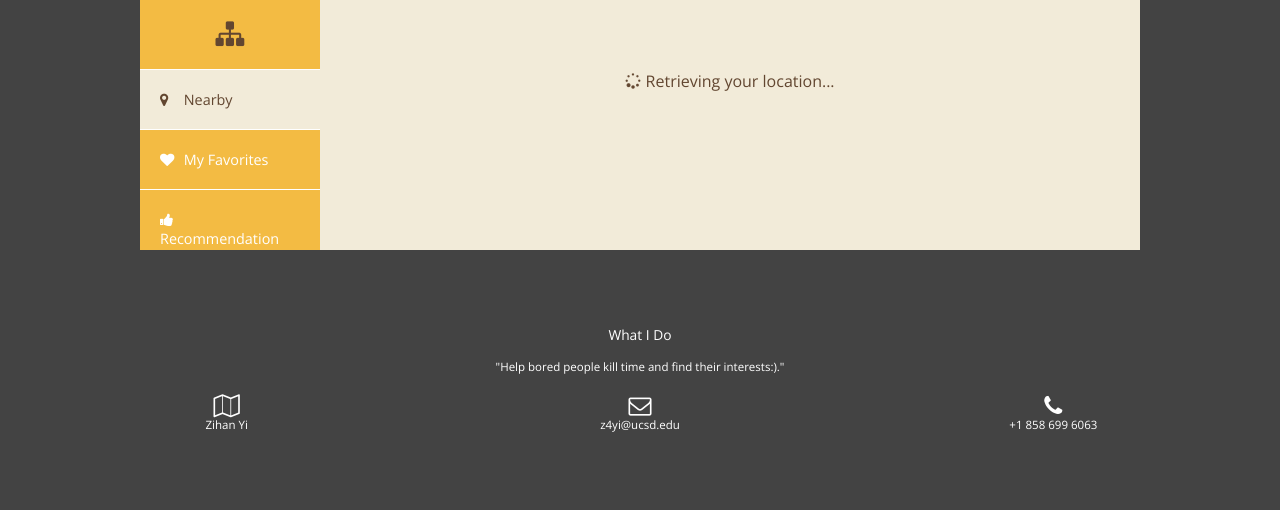
Repository: harryyizihan/fun_finder
Page: Jupiter/WebContent/index.html
An editor plug-in stored every save of this project. The page is shown before and after the next save, followed by the edit.
The browser window is 1280 px wide. The pictures show the part of the page from y = 310 to 820 px (the page is 820 px tall).
Some web libraries are served in a nearby version.

Above is the page before, as saved 2018-07-08 03:14:12.

After the next save:
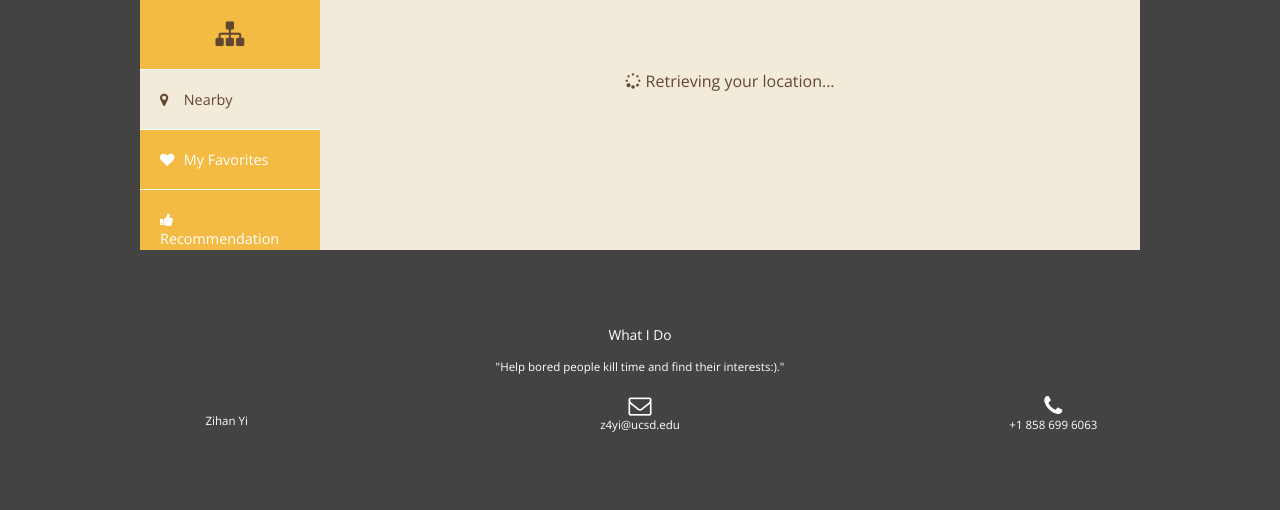
Saved 8 min 55 s later.
--- a/Jupiter/WebContent/index.html
+++ b/Jupiter/WebContent/index.html
@@ -72,7 +72,7 @@
     <p>"Help bored people kill time and find their interests:)."</p>
     <ul>
       <li>
-        <p><i class="fa fa-map-o fa-2x"></i></p>
+        <p><i class="fas fa-user-circle"></i></p>
         <p>Zihan Yi</p>
       </li>
       <li>
